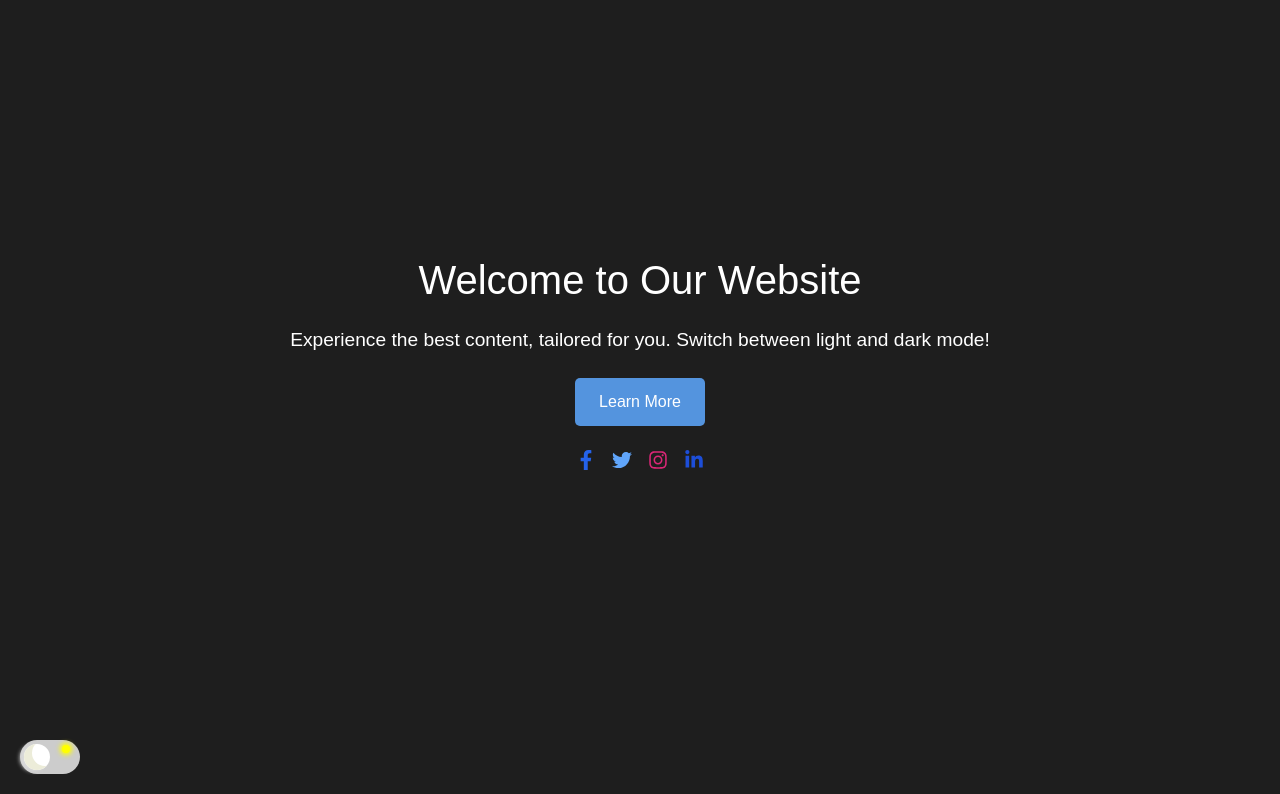
Repository: countaustin1990/file-C-Users-user-Documents-Final-20Cart
Page: /about (app in Documents/BXXXN/my-app/)
The author's editor kept a copy of each file at every save. The page is drawn from the files as they stood at one save, then again after the next save.
The browser window is 1280 px wide. The pictures show the whole page.
The project was rebuilt for these pictures with package versions that can differ from the ones it lists, and the page was loaded fresh each time. Also part of the build but not shown: Documents/BXXXN/my-app/vite.config.js.

Above is the page before, as saved 2024-10-20 20:06:14.

After the next save:
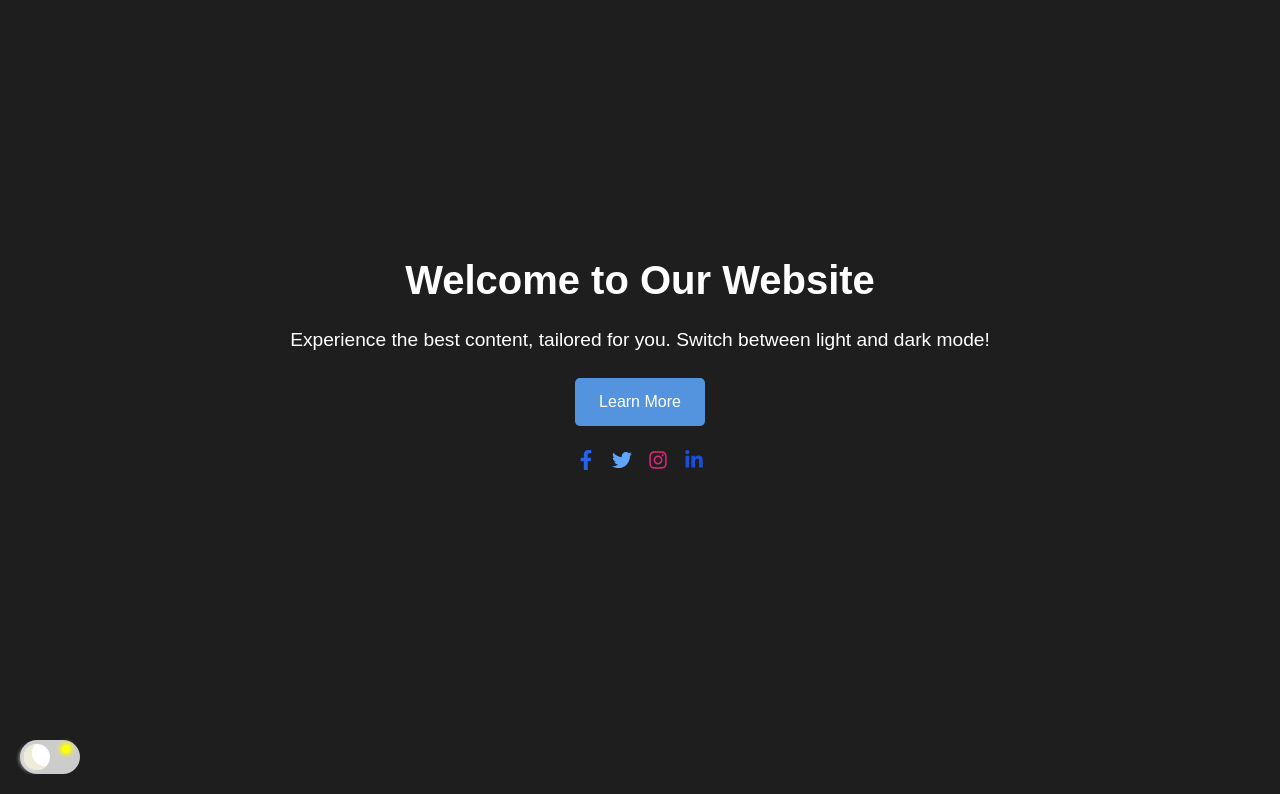
Saved 35 min 41 s later.
--- a/Documents/BXXXN/my-app/src/components/folder/Folder.test.jsx
+++ b/Documents/BXXXN/my-app/src/components/folder/Folder.test.jsx
@@ -25,7 +25,7 @@ const Folder = () => {
       {/* Hero Section */}
       <section className="hero">
         <div className="hero-content">
-          <h1>Welcome to Our Website</h1>
+          <h1 className='font-extrabold'>Welcome to Our Website</h1>
           <p>Experience the best content, tailored for you. Switch between light and dark mode!</p>
           <button className="cta-button">Learn More</button>
 
